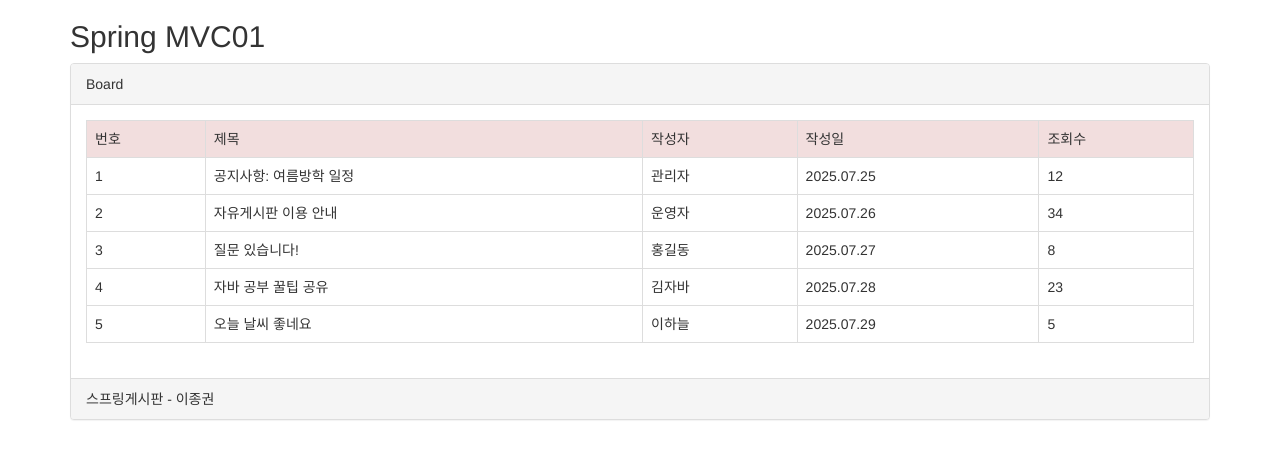
Repository: leejonggwon/PBG_SpringProject
Page: http://localhost/SpringMVC01/boardList.do
These files come from the project's save history. The page is drawn as it stood at one moment and after the next save; the edit follows.
The browser window is 1280 px wide. The pictures show the whole page.
The page is served by Tomcat 9. Other server files are loaded and not shown.

Above is the page before, as saved 2025-08-01 01:47:07.

### SpringMVC01/src/main/webapp/WEB-INF/views/boardList.jsp
<%@ page language="java" contentType="text/html; charset=UTF-8"
    pageEncoding="UTF-8"%>
<%@ taglib prefix="c" uri="http://java.sun.com/jsp/jstl/core"%>
<!DOCTYPE html>
<html>
<head>
<meta charset="UTF-8">
<title>Insert title here</title>
<link rel="stylesheet" href="https://maxcdn.bootstrapcdn.com/bootstrap/3.4.1/css/bootstrap.min.css">
<script src="https://ajax.googleapis.com/ajax/libs/jquery/3.7.1/jquery.min.js"></script>
<script src="https://maxcdn.bootstrapcdn.com/bootstrap/3.4.1/js/bootstrap.min.js"></script>
</head>
<body>
	<div class="container">
		<h2>Spring MVC01</h2>
		<div class="panel panel-default">
			<div class="panel-heading">Board</div>
			<div class="panel-body">
				<table class= "table table-bordered table-hover">
					<tr class="danger">
						<td>번호</td>
						<td>제목</td>
						<td>작성자</td>
						<td>작성일</td>
						<td>조회수</td>
					</tr>

					<tr>
						<td>1</td>
						<td>공지사항: 여름방학 일정</td>
						<td>관리자</td>
						<td>2025.07.25</td>
						<td>12</td>
					</tr>
					<tr>
						<td>2</td>
						<td>자유게시판 이용 안내</td>
						<td>운영자</td>
						<td>2025.07.26</td>
						<td>34</td>
					</tr>
					<tr>
						<td>3</td>
						<td>질문 있습니다!</td>
						<td>홍길동</td>
						<td>2025.07.27</td>
						<td>8</td>
					</tr>
					<tr>
						<td>4</td>
						<td>자바 공부 꿀팁 공유</td>
						<td>김자바</td>
						<td>2025.07.28</td>
						<td>23</td>
					</tr>
					<tr>
						<td>5</td>
						<td>오늘 날씨 좋네요</td>
						<td>이하늘</td>
						<td>2025.07.29</td>
						<td>5</td>
					</tr>
				</table>
			</div>
			<div class="panel-footer">스프링게시판 - 이종권</div>
		</div>
	</div>
</body>
</html>

After the next save:
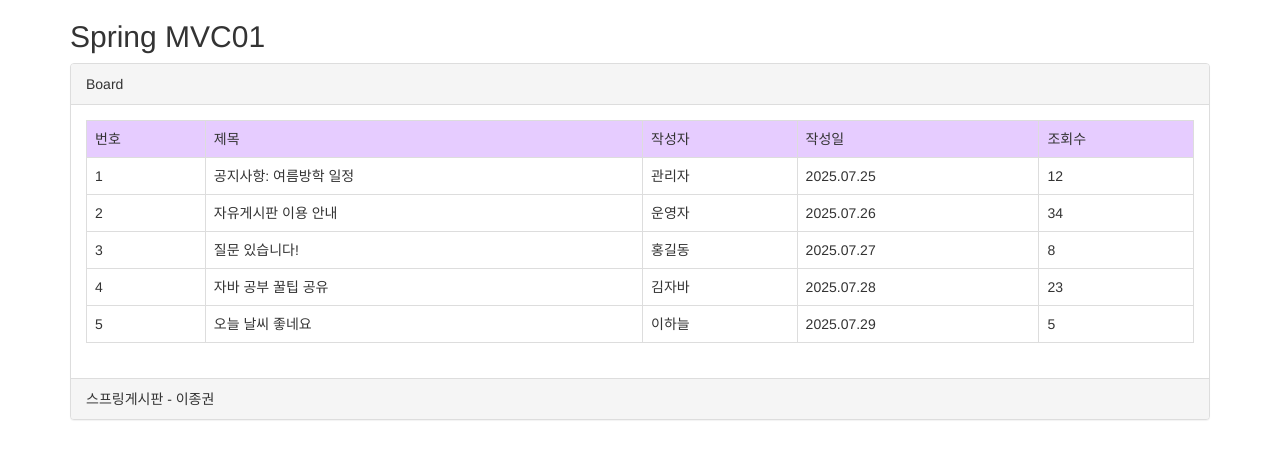
Saved 2 min 30 s later.
--- a/SpringMVC01/src/main/webapp/WEB-INF/views/boardList.jsp
+++ b/SpringMVC01/src/main/webapp/WEB-INF/views/boardList.jsp
@@ -10,6 +10,12 @@
 <script src="https://ajax.googleapis.com/ajax/libs/jquery/3.7.1/jquery.min.js"></script>
 <script src="https://maxcdn.bootstrapcdn.com/bootstrap/3.4.1/js/bootstrap.min.js"></script>
 </head>
+<style>
+  .table-purple {
+    background-color: #e6ccff;  /* 연보라색 */
+    color: #333;                /* 글자색은 어두운 회색 */
+  }
+</style>
 <body>
 	<div class="container">
 		<h2>Spring MVC01</h2>
@@ -17,7 +23,7 @@
 			<div class="panel-heading">Board</div>
 			<div class="panel-body">
 				<table class= "table table-bordered table-hover">
-					<tr class="danger">
+					<tr class="table-purple">
 						<td>번호</td>
 						<td>제목</td>
 						<td>작성자</td>

After the save that followed:
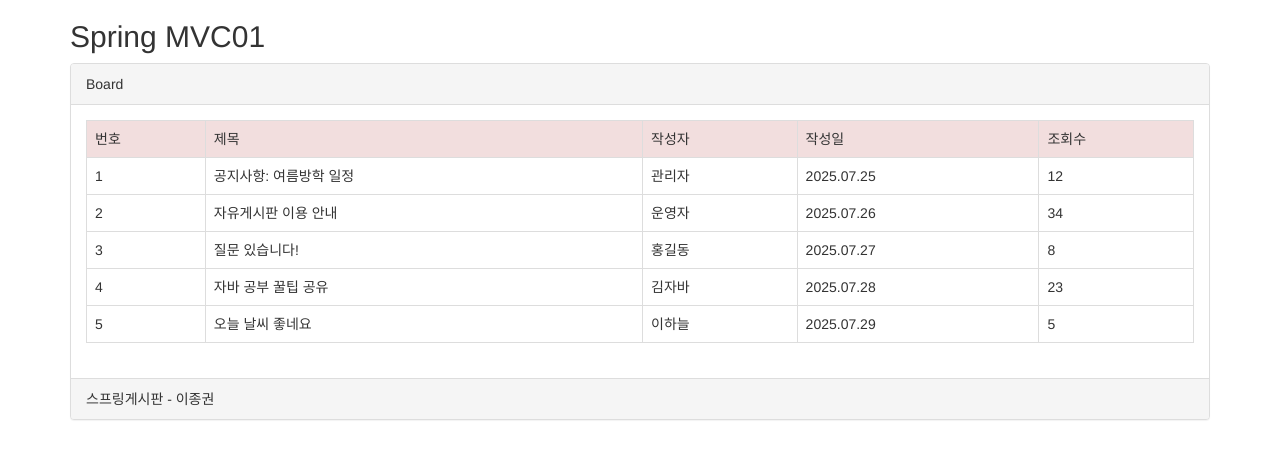
Saved 47 s later.
--- a/SpringMVC01/src/main/webapp/WEB-INF/views/boardList.jsp
+++ b/SpringMVC01/src/main/webapp/WEB-INF/views/boardList.jsp
@@ -10,12 +10,6 @@
 <script src="https://ajax.googleapis.com/ajax/libs/jquery/3.7.1/jquery.min.js"></script>
 <script src="https://maxcdn.bootstrapcdn.com/bootstrap/3.4.1/js/bootstrap.min.js"></script>
 </head>
-<style>
-  .table-purple {
-    background-color: #e6ccff;  /* 연보라색 */
-    color: #333;                /* 글자색은 어두운 회색 */
-  }
-</style>
 <body>
 	<div class="container">
 		<h2>Spring MVC01</h2>
@@ -23,7 +17,7 @@
 			<div class="panel-heading">Board</div>
 			<div class="panel-body">
 				<table class= "table table-bordered table-hover">
-					<tr class="table-purple">
+					<tr class="danger">
 						<td>번호</td>
 						<td>제목</td>
 						<td>작성자</td>
